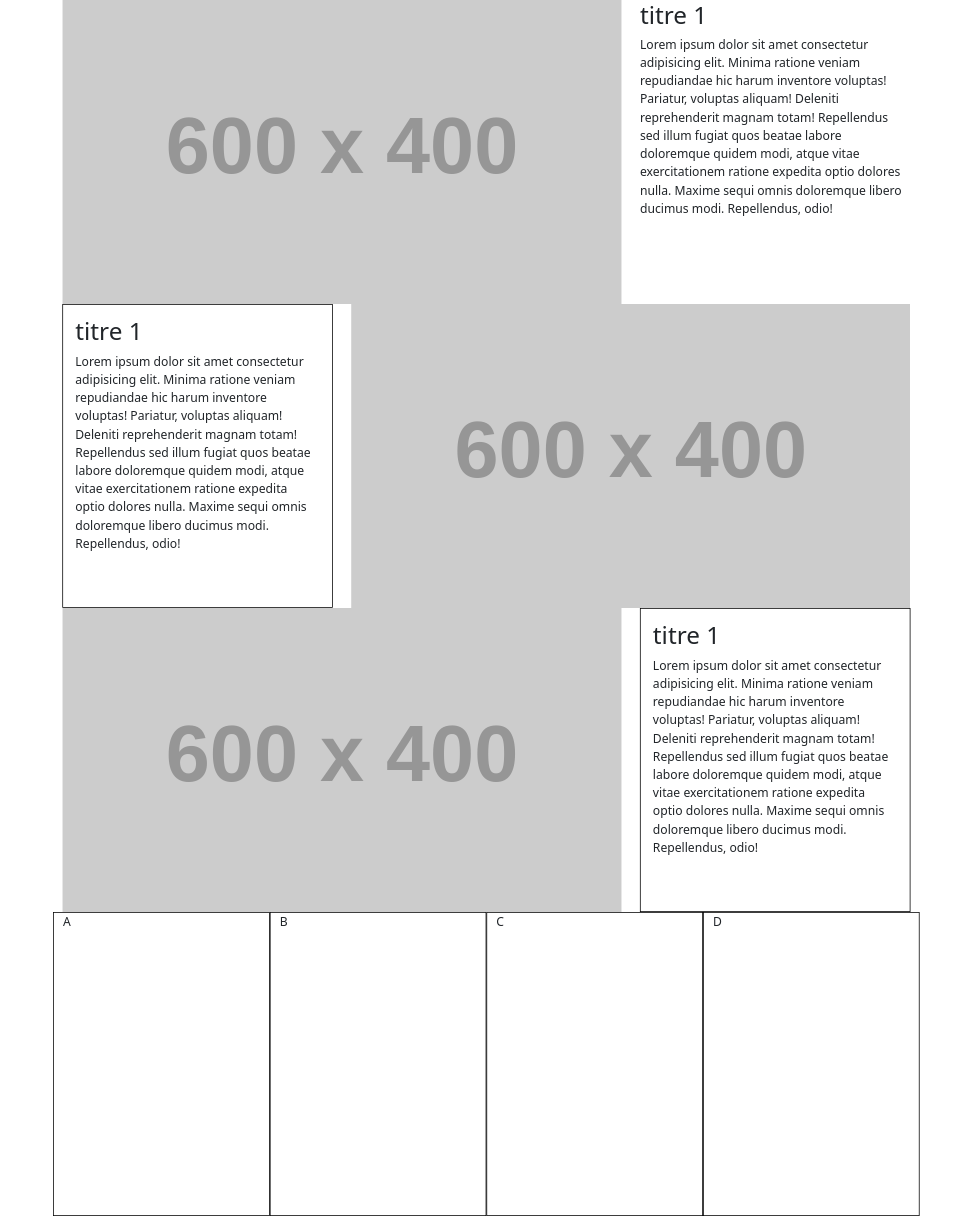
Repository: fbansept/ran3_24_jeu
Page: correction-tp.html
The author's editor kept a copy of each file at every save. The page is drawn from the files as they stood at one save, then again after a run of saves.
The browser window is 1280 px wide. The pictures show the whole page, at 76% of full size.

Above is the page before, as saved 2024-10-22 14:45:20.

### correction-tp.html
<!DOCTYPE html>
<html lang="en">
  <head>
    <meta charset="UTF-8" />
    <meta name="viewport" content="width=device-width, initial-scale=1.0" />
    <title>Document</title>

    <link
      href="https://cdn.jsdelivr.net/npm/bootstrap@5.3.3/dist/css/bootstrap.min.css"
      rel="stylesheet"
      integrity="sha384-QWTKZyjpPEjISv5WaRU9OFeRpok6YctnYmDr5pNlyT2bRjXh0JMhjY6hW+ALEwIH"
      crossorigin="anonymous"
    />

    <script
      defer
      src="https://cdn.jsdelivr.net/npm/bootstrap@5.3.3/dist/js/bootstrap.bundle.min.js"
      integrity="sha384-YvpcrYf0tY3lHB60NNkmXc5s9fDVZLESaAA55NDzOxhy9GkcIdslK1eN7N6jIeHz"
      crossorigin="anonymous"
    ></script>

    <link rel="stylesheet" href="style.css" />
  </head>
  <body class="container">
    <section>
      <div class="row">
        <img
          class="col-md-6 col-lg-8"
          src="https://placehold.co/600x400"
          alt=""
        />
        <article class="col-md-6 col-lg-4">
          <h2>titre 1</h2>
          <p>
            Lorem ipsum dolor sit amet consectetur adipisicing elit. Minima
            ratione veniam repudiandae hic harum inventore voluptas! Pariatur,
            voluptas aliquam! Deleniti reprehenderit magnam totam! Repellendus
            sed illum fugiat quos beatae labore doloremque quidem modi, atque
            vitae exercitationem ratione expedita optio dolores nulla. Maxime
            sequi omnis doloremque libero ducimus modi. Repellendus, odio!
          </p>
        </article>
      </div>
      <div class="row flex-md-row-reverse">
        <img
          class="col-md-6 col-lg-8"
          src="https://placehold.co/600x400"
          alt=""
        />
        <article class="col-md-6 col-lg-4">
          <div>
            <h2>titre 1</h2>
            <p>
              Lorem ipsum dolor sit amet consectetur adipisicing elit. Minima
              ratione veniam repudiandae hic harum inventore voluptas! Pariatur,
              voluptas aliquam! Deleniti reprehenderit magnam totam! Repellendus
              sed illum fugiat quos beatae labore doloremque quidem modi, atque
              vitae exercitationem ratione expedita optio dolores nulla. Maxime
              sequi omnis doloremque libero ducimus modi. Repellendus, odio!
            </p>
          </div>
        </article>
      </div>
      <div class="row">
        <img
          class="col-md-6 col-lg-8"
          src="https://placehold.co/600x400"
          alt=""
        />
        <article class="col-md-6 col-lg-4">
          <div>
            <h2>titre 1</h2>
            <p>
              Lorem ipsum dolor sit amet consectetur adipisicing elit. Minima
              ratione veniam repudiandae hic harum inventore voluptas! Pariatur,
              voluptas aliquam! Deleniti reprehenderit magnam totam! Repellendus
              sed illum fugiat quos beatae labore doloremque quidem modi, atque
              vitae exercitationem ratione expedita optio dolores nulla. Maxime
              sequi omnis doloremque libero ducimus modi. Repellendus, odio!
            </p>
          </div>
        </article>
      </div>
    </section>
    <section class="row row-cols-1 row-cols-md-2 row-cols-lg-4">
      <article class="col"><span>A</span></article>
      <article class="col"><span>B</span></article>
      <article class="col"><span>C</span></article>
      <article class="col"><span>D</span></article>
    </section>
  </body>
</html>

### style.css
section > div > img,
section > article,
section > div > article {
  height: 400px;
}

section > article,
section > div > article > div {
  border: 1px solid black;
}

section > div > article > div {
  height: 100%;
  padding: 1em;
}

section > div > img {
  object-fit: cover;
}

/* section > div:nth-child(even) {
  flex-direction: row-reverse;
} */

After the next 2 saves:
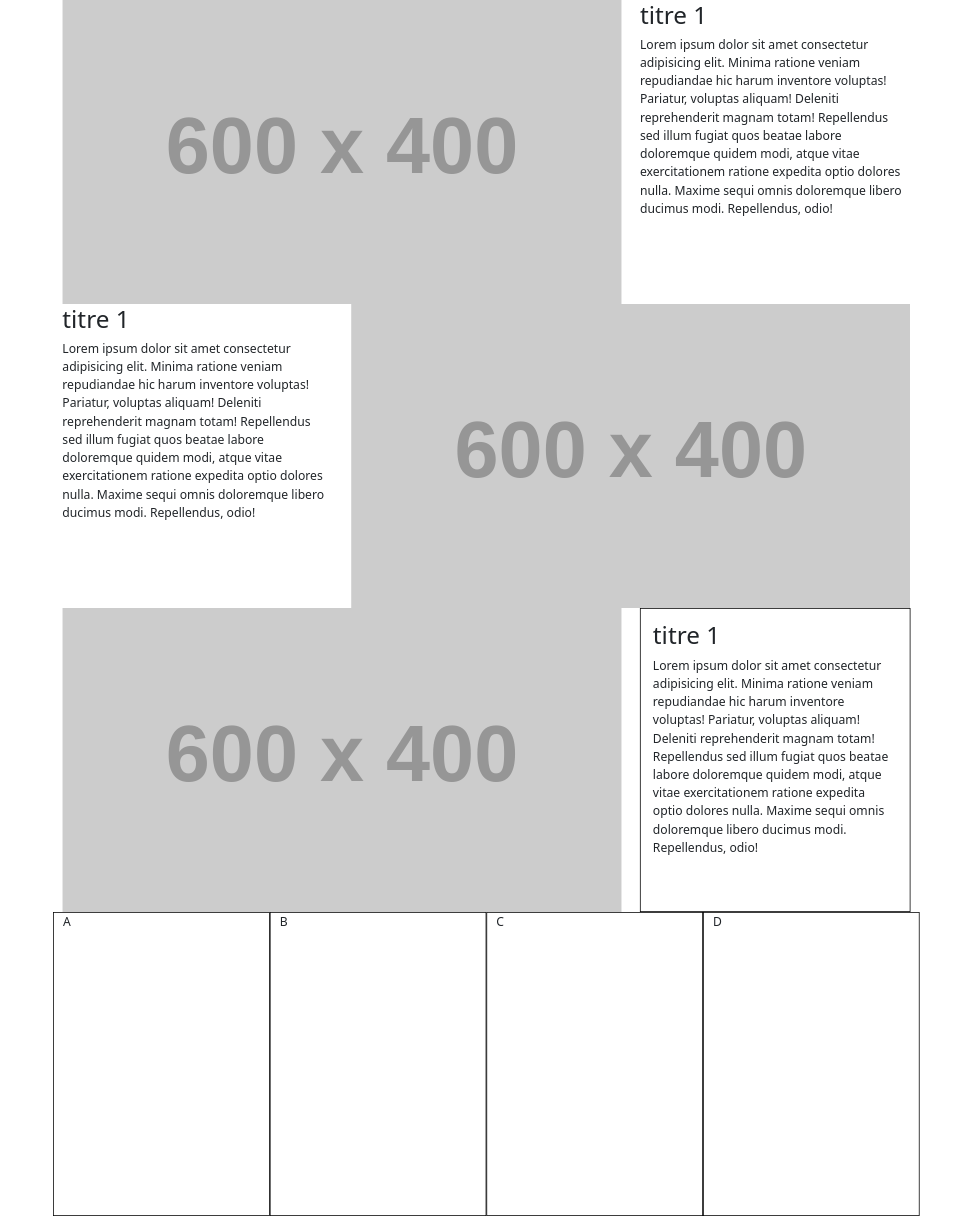
The 2 saves are shown as one change because they came seconds apart.
The last was saved 6 s later.
--- a/correction-tp.html
+++ b/correction-tp.html
@@ -48,17 +48,15 @@
           alt=""
         />
         <article class="col-md-6 col-lg-4">
-          <div>
-            <h2>titre 1</h2>
-            <p>
-              Lorem ipsum dolor sit amet consectetur adipisicing elit. Minima
-              ratione veniam repudiandae hic harum inventore voluptas! Pariatur,
-              voluptas aliquam! Deleniti reprehenderit magnam totam! Repellendus
-              sed illum fugiat quos beatae labore doloremque quidem modi, atque
-              vitae exercitationem ratione expedita optio dolores nulla. Maxime
-              sequi omnis doloremque libero ducimus modi. Repellendus, odio!
-            </p>
-          </div>
+          <h2>titre 1</h2>
+          <p>
+            Lorem ipsum dolor sit amet consectetur adipisicing elit. Minima
+            ratione veniam repudiandae hic harum inventore voluptas! Pariatur,
+            voluptas aliquam! Deleniti reprehenderit magnam totam! Repellendus
+            sed illum fugiat quos beatae labore doloremque quidem modi, atque
+            vitae exercitationem ratione expedita optio dolores nulla. Maxime
+            sequi omnis doloremque libero ducimus modi. Repellendus, odio!
+          </p>
         </article>
       </div>
       <div class="row">
